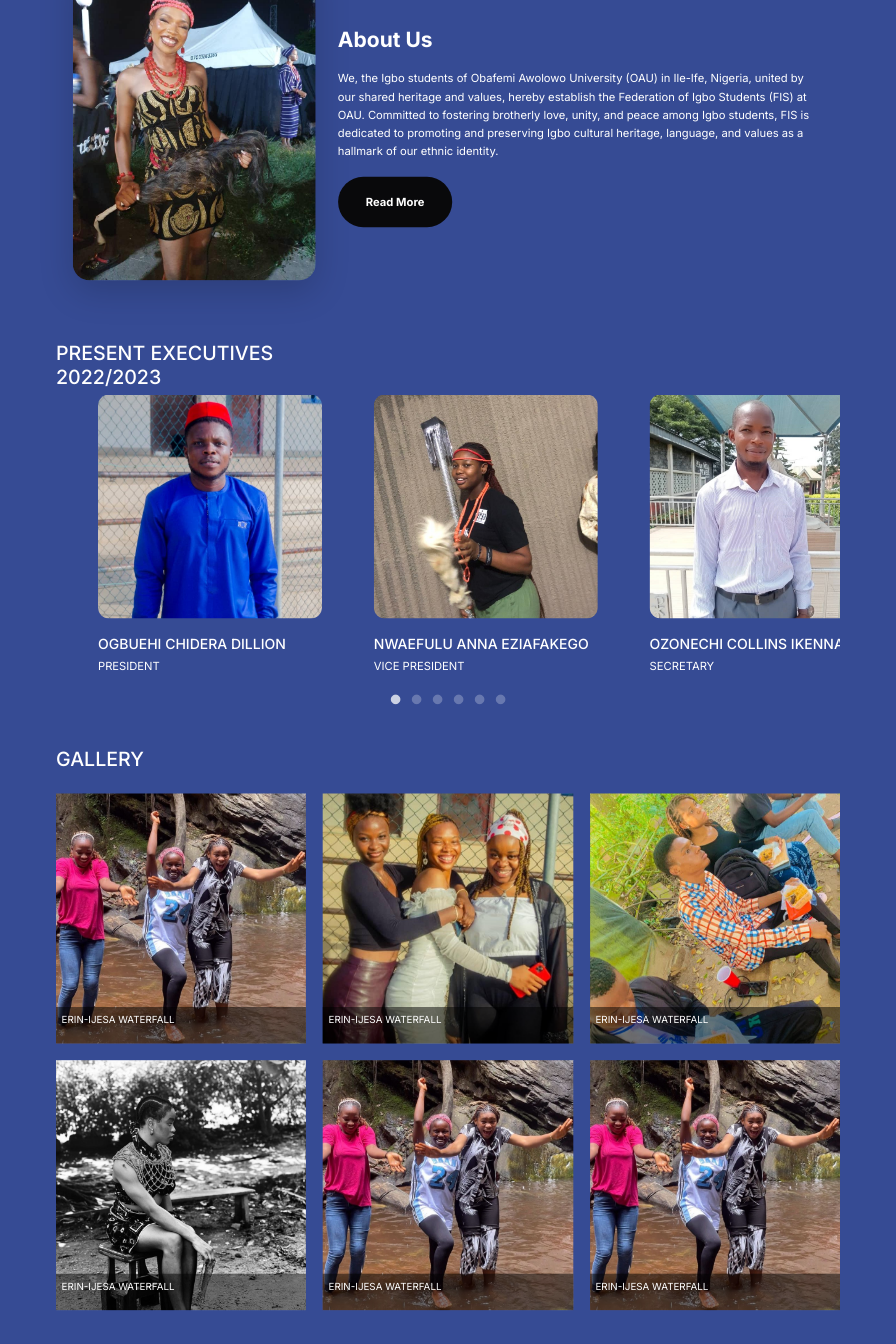
Repository: akinolapo/fis
Page: /
An editor plug-in stored every save of this project. The page is shown before and after a run of saves, followed by the edit.
The browser window is 1280 px wide. The pictures show the part of the page from y = 1191 to 3111 px (the page is 3111 px tall), at 70% of full size.
The project was rebuilt for these pictures with package versions that can differ from the ones it lists, and the page was loaded fresh each time. The framework's server and built-in components were replaced by stand-ins that run in the browser. Also part of the build but not shown: next.config.mjs.

Above is the page before, as saved 2024-05-06 12:18:31.

### app/layout.tsx
import type { Metadata } from "next";
import { Inter } from "next/font/google";
import "./globals.css";
import Header from "./components/Header/Header";
import Head from "next/head";



const inter = Inter({ subsets: ["latin"] });

export const metadata: Metadata = {
  title: "Federation of Igbo Student OAU",
  description: "Federation of Igbo Student OAU",
};

export default function RootLayout({
  children,
}: Readonly<{
  children: React.ReactNode;
}>) {
  return (
    <html lang="en">
       <Head>
        <meta charSet="utf-8" />
        <meta name="viewport" content="width=device-width, initial-scale=1" />
        <meta name="theme-color" content="#ffffff" />
        <link rel="manifest" href="/site.webmanifest" />
        <link rel="icon" href="/favicon.ico" />
        {/* Add any other meta tags you need */}
      </Head>
      <body className={inter.className}>
        <main className="px-6 lg:px-20">
        <Header/>
        {children}
        </main>
        </body>
    </html>
  );
}

### app/page.tsx
import About from "./components/About/About";
import Excos from "./components/Excos/Excos";
import Gallery from "./components/Gallery/Gallery";
import Hero from "./components/Hero/Hero";

export default function Home() {
  return (
    <main>
      <Hero/>
      <About/>
      <Excos/>
      <Gallery/>
    </main>
  );
}

### app/globals.css
@tailwind base;
@tailwind components;
@tailwind utilities;z

*{
  margin: 0;
  padding: 0;
}

body {
  background: #364B94 !important;
  color: #ffffff !important;
}

@layer utilities {
  .text-balance {
    text-wrap: balance;
  }
}

### app/components/Header/Header.tsx
import Image from "next/image";

const Header = () => {
  return (
    <header className="hidden justify-between items-center py-4 text-white lg:flex">
      {/* Logo and Site Title */}
      <div className="flex items-center">
        <Image src="/logo.png" alt="Logo" width={60} height={60} className="mr-2"  />
        <h1 className="text-lg font-bold">Federation of <br></br>Igbo Student<br></br> OAU</h1>
      </div>

      {/* Menu */}
      <nav className="flex justify-center flex-grow">
        <ul className="flex gap-1">
          <li className="cursor-pointer hover:text-gray-400 p-8">Home</li>
          <li className="cursor-pointer hover:text-gray-400 p-8">About Us</li>
          <li className="cursor-pointer hover:text-gray-400 p-8">Gallery</li>
          <li className="cursor-pointer hover:text-gray-400 p-8">Executive</li>
          <li className="cursor-pointer hover:text-gray-400 p-8">Contact Us</li>
        </ul>
      </nav>

      {/* Join Us Button */}
      <button className="rounded-full py-4 px-10 bg-zinc-950 hover:bg-black text-white">
        Join Us
      </button>
    </header>
  );
};

export default Header;

### app/components/About/About.tsx
import Image from "next/image";


const About = () => {
  return (
    <div className="flex flex-col md:flex-row items-center justify-center md:justify-start px-4 py-8 md:py-16">
      <div className="md:w-1/3 mr-0 md:mr-8 mb-4 md:mb-0">
        <Image
          src="/images/about.jpeg"
          alt="About Image"
          className="w-full h-auto shadow-lg rounded-3xl"
          width={339}
          height={339}
        />
      </div>
      <div className="md:w-2/3">
        <h2 className="text-2xl md:text-3xl font-bold mb-4">About Us</h2>
        <p className="leading-relaxed mb-4">
        We, the Igbo students of Obafemi Awolowo University (OAU) in Ile-Ife, Nigeria, united by our shared heritage and values, hereby establish the Federation of Igbo Students (FIS) at OAU. Committed to fostering brotherly love, unity, and peace among Igbo students, FIS is dedicated to promoting and preserving Igbo cultural heritage, language, and values as a hallmark of our ethnic identity.
        </p>
        <button className="bg-zinc-950 hover:bg-black text-white font-bold py-4 px-10 rounded-full focus:outline-none focus:shadow-outline">
          Read More
        </button>
      </div>
    </div>
  );
};

export default About;

### app/components/Excos/Excos.tsx
import React from 'react'
import Members from '../Slider/Members'

const Excos = () => {
  return (
    <div>
        <h3>PRESENT EXECUTIVES<br></br> 2022/2023</h3>
        <Members/>
    </div>
  )
}

export default Excos

### app/components/Gallery/Gallery.tsx
'use client'

// Gallery.tsx

import React, { useState } from 'react';
import Image from 'next/image';

// Sample data for gallery images with captions
const galleryImages = [
  { src: '/images/gallery1.jpeg', caption: 'ERIN-IJESA WATERFALL' },
  { src: '/images/gallery2.jpeg', caption: 'ERIN-IJESA WATERFALL' },
  { src: '/images/gallery3.jpeg', caption: 'ERIN-IJESA WATERFALL' },
  { src: '/images/gallery4.jpeg', caption: 'ERIN-IJESA WATERFALL' },
  { src: '/images/gallery1.jpeg', caption: 'ERIN-IJESA WATERFALL' },
  { src: '/images/gallery1.jpeg', caption: 'ERIN-IJESA WATERFALL' },
  // Add more images with captions here
];

const Gallery = () => {
  const [selectedImage, setSelectedImage] = useState('');
  const [currentIndex, setCurrentIndex] = useState(0);

  // Function to handle image click
  const handleImageClick = (image: string, index: number) => {
    setSelectedImage(image);
    setCurrentIndex(index);
  };

  // Function to handle next image click
  const handleNext = () => {
    if (currentIndex < galleryImages.length - 1) {
      setCurrentIndex(currentIndex + 1);
      setSelectedImage(galleryImages[currentIndex + 1].src);
    }
  };

  // Function to handle previous image click
  const handlePrev = () => {
    if (currentIndex > 0) {
      setCurrentIndex(currentIndex - 1);
      setSelectedImage(galleryImages[currentIndex - 1].src);
    }
  };

  // Function to close the full-size image view
  const handleClose = () => {
    setSelectedImage('');
  };

  return (
    <div className='py-5'>
        <h3 className='mb-8'>GALLERY</h3>
    <div className="grid grid-cols-1 md:grid-cols-2 lg:grid-cols-3 gap-4">
      {galleryImages.map((image, index) => (
        <div key={index} onClick={() => handleImageClick(image.src, index)}>
          <div className="relative">
            <Image src={image.src} alt={`Image ${index}`} width={500} height={500} />
            <div className="absolute inset-x-0 bottom-0 bg-black bg-opacity-50 text-white p-2">
              <p className="text-sm">{image.caption}</p>
            </div>
          </div>
        </div>
      ))}

      {/* Full-size image modal */}
      {selectedImage && (
        <div className="fixed top-0 left-0 w-full h-full bg-gray-900 bg-opacity-75 flex justify-center items-center">
          <div className="relative">
            <button className="absolute top-4 right-4 text-white text-lg" onClick={handleClose}>
              Cancel
            </button>
            <Image src={selectedImage} alt={`Image ${currentIndex}`} width={800} height={800} />
            {currentIndex > 0 && (
              <button className="absolute top-1/2 left-4 transform -translate-y-1/2 text-white text-xl" onClick={handlePrev}>
                &lt;
              </button>
            )}
            {currentIndex < galleryImages.length - 1 && (
              <button className="absolute top-1/2 right-4 transform -translate-y-1/2 text-white text-xl" onClick={handleNext}>
                &gt;
              </button>
            )}
            <div className="absolute bottom-4 left-0 right-0 text-white text-center">
              <p className="text-lg">{galleryImages[currentIndex].caption}</p>
            </div>
          </div>
        </div>
      )}
    </div>
    </div>
  );
};

export default Gallery;

### app/components/Hero/Hero.tsx
import Image from "next/image";
import Slider from "../Slider/Slider";

const Hero = () => {
  return (
    <div className="text-white py-20">
      <h2 className="text-4xl font-bold mb-4">
        Welcome to the Federation of Igbo Students
      </h2>
      <p className="text-lg mb-8">
        Empowering Tomorrow's Leaders, Preserving Igbo Heritage
      </p>
      <Slider/>
    </div>
  );
};

export default Hero;

### app/components/Slider/Members.tsx
'use client'

import React from 'react';
import Slider from 'react-slick';
import 'slick-carousel/slick/slick.css';
import 'slick-carousel/slick/slick-theme.css';

import './members.css'
import Image from 'next/image';

// Sample data for members
const membersData = [
  { id: 1, name: 'OGBUEHI CHIDERA DILLION', position: 'PRESIDENT', image: '/images/member1.jpg' },
  { id: 2, name: 'NWAEFULU ANNA EZIAFAKEGO', position: 'VICE PRESIDENT', image: '/images/member2.jpg' },
  { id: 3, name: 'OZONECHI COLLINS IKENNA', position: 'SECRETARY', image: '/images/member3.jpg' },
  { id: 4, name: 'UGWUEKE DANIEL IGWEBUIKE', position: 'FINANCIAL SECRETARY', image: '/images/member4.jpg' },
  { id: 5, name: 'OGONNAYA KELVIN', position: 'DIRECTOR OF SOCIALS ', image: '/images/member5.jpg' },
  { id: 6, name: 'UCHE U. DEBORAH', position: 'PUBLIC RELATIONS OFFICER', image: '/images/member6.jpg' },
  // Add more members here
];

const Members = () => {
  const settings = {
    dots: true,
    infinite: true,
    speed: 500,
    slidesToShow: 3, // Show 3 members at a time on desktop
    slidesToScroll: 1,
    arrows: false, // Hide arrow navigation
    responsive: [
      {
        breakpoint: 1024, // Tablet
        settings: {
          slidesToShow: 2, // Show 2 members at a time on tablet
        },
      },
      {
        breakpoint: 600, // Mobile
        settings: {
          slidesToShow: 1, // Show 1 member at a time on mobile
        },
      },
    ],
  };

  return (
    <div className='relative'>
      <Slider {...settings}>
        {membersData.map((member) => (
          <div key={member.id} className='mb-10'>
            <Image src={member.image} alt={member.name} width={320} height={320} className='rounded-2xl mb-6' />
            <h5>{member.name}</h5>
            <p>{member.position}</p>
          </div>
        ))}
      </Slider>
    </div>
  );
};

export default Members;

### app/components/Slider/Slider.tsx
'use client'
import { Carousel } from 'react-bootstrap'
import Image from 'next/image'

import './slider.css'
import './bootstrap.min.css';

const Slider = () => {
  return (
    <section className="slider-head">
      <Carousel className="slider" pause={false} interval={4000}>
        <Carousel.Item className="sliderWrapper">
          <div className="slideImg">
            <Image
              src="/images/hero1.jpg"
              alt="promotion"
              width={720}
              height={480}
              className="imageOverlay"
            />
          </div>
        </Carousel.Item>

        <Carousel.Item className="sliderWrapper">
          <div className="slideImg">
            <Image
              src="/images/hero2.jpg"
              alt="promotion"
              width={720}
              height={480}
              className="imageOverlay"
            />
          </div>
        </Carousel.Item>

        <Carousel.Item className="sliderWrapper">
          <div className="slideImg">
            <Image
              src="/images/hero3.jpg"
              alt="promotion"
              width={720}
              height={480}
              className="imageOverlay"
            />
          </div>
        </Carousel.Item>
      </Carousel>
    </section>
  )
}

export default Slider

### app/components/Slider/members.css
  /* members.css */

/* Override default slider styles */
.slick-slider {
    width: 100%; /* Ensure the slider spans the full width of its container */
  }

  .slick-list {
    overflow: hidden; /* Hide overflow to prevent slider from extending beyond its container */
  }

  .slick-track {
    display: flex !important; /* Ensure the track uses flexbox layout */
  }

  .slick-slide {
    flex: 0 0 auto; /* Prevent slides from growing or shrinking */
    margin-right: 20px; /* Adjust the gap size between slides */
  }

  .slick-dots {
    position: absolute; /* Position the dots container absolutely */
    bottom: 10px; /* Adjust the vertical position as needed */
    left: 50%; /* Center the dots horizontally */
    transform: translateX(-50%); /* Center the dots horizontally */
    z-index: 1; /* Ensure dots are above the slides */
  }

  .slick-dots li {
    display: inline-block; /* Display dots horizontally */
  }

  .slick-dots li button:before {
    color: white !important; /* Change bullet dot color to white */
    font-size: 16px;
  }

  /* Adjust Image component styling */
  .Image {
    display: block;
    width: 100%;
    height: auto;
  }

### app/components/Slider/slider.css
/* slider.css */

.slider {
    position: relative;
  }


  .slideImg {
    position: relative;
  }

  .imageOverlay {
    width: 100%;
    height: auto;
    border-radius: 10px;
  }

Loaded but not shown: app/components/Slider/bootstrap.min.css (library); tailwind.config.ts (common file)

After the next 2 saves:
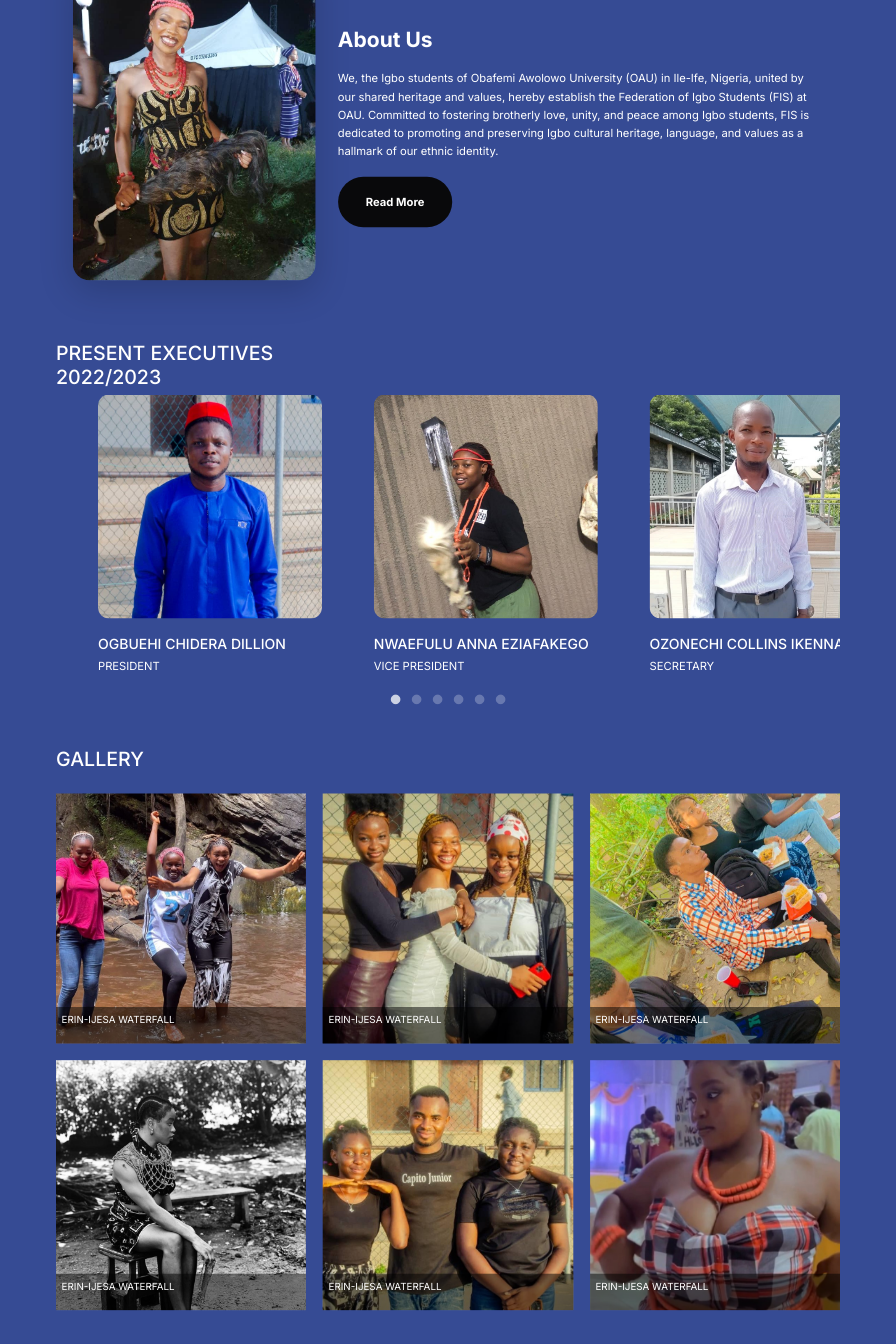
The 2 saves are shown as one change because they came seconds apart.
The last was saved 4 s later.
--- a/app/components/Gallery/Gallery.tsx
+++ b/app/components/Gallery/Gallery.tsx
@@ -11,8 +11,8 @@
   { src: '/images/gallery2.jpeg', caption: 'ERIN-IJESA WATERFALL' },
   { src: '/images/gallery3.jpeg', caption: 'ERIN-IJESA WATERFALL' },
   { src: '/images/gallery4.jpeg', caption: 'ERIN-IJESA WATERFALL' },
-  { src: '/images/gallery1.jpeg', caption: 'ERIN-IJESA WATERFALL' },
-  { src: '/images/gallery1.jpeg', caption: 'ERIN-IJESA WATERFALL' },
+  { src: '/images/gallery5.jpeg', caption: 'ERIN-IJESA WATERFALL' },
+  { src: '/images/gallery6.jpeg', caption: 'ERIN-IJESA WATERFALL' },
   // Add more images with captions here
 ];
 
